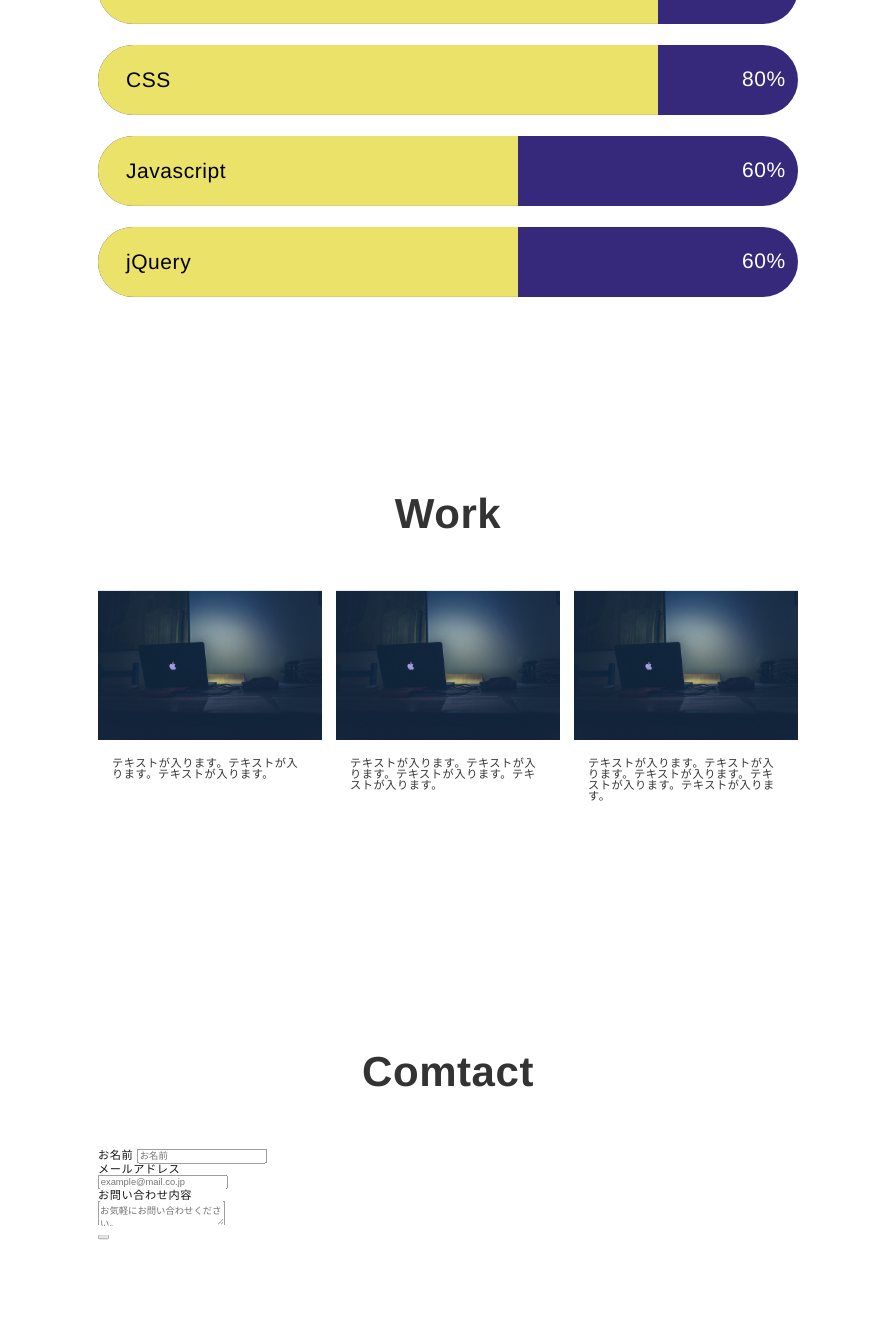
Repository: sadayuki15/portfolio
Page: index.html
An editor plug-in stored every save of this project. The page is shown before and after a run of saves, followed by the edit.
The browser window is 1280 px wide. The pictures show the part of the page from y = 1943 to 3863 px (the page is 3863 px tall), at 70% of full size.

Above is the page before, as saved 2021-04-22 21:33:27.

### index.html
<!DOCTYPE html>
<html lang="ja">
<head>
  <meta charset="UTF-8">
  <meta http-equiv="X-UA-Compatible" content="IE=edge">
  <meta name="viewport" content="width=device-width, initial-scale=1.0">
  <link rel="stylesheet" href="./css/reset.css">
  <link rel="stylesheet" href="./css/style.css">
  <title>Document</title>
</head>
<body>
  <!-- header -->
  <header class="header">
    <div class="header-inner">
      <h1 class="header-title">PortFolio</h1>
      <nav class="header-nav">
        <ul class="nav-list">
          <li class="nav-item"><a href="#">Home</a></li>
          <li class="nav-item"><a href="#">About</a></li>
          <li class="nav-item"><a href="#">Skil</a></li>
          <li class="nav-item"><a href="#">Work</a></li>
          <li class="nav-item"><a href="#">Contact</a></li>
        </ul>
      </nav>
    </div>
  </header>
  <!-- //header -->

  <main>
  <!-- fv -->
  <div class="fv">
    <div class="main-copy">
      <p class="main-title">
        SADAYUKI<br>
        NISIYAMA
      </p>
    </div>
  </div>
  <!-- //fv -->

  <!-- About -->
  <div class="section-wrapper">
    <h2 class="section-title">ABOUT</h2>
    <div class="section-inner about">
      <div class="about-img-wrapper">
        <img src="" alt="">
      </div>
      <div class="about-contents">
        <p class="about-text">
          はじめまして、西山禎侑と申します。
        </p>
        <p class="about-text">
          1986年生まれ。鳥取県八頭郡出身。
        </p>
        <p class="about-text">
          地元の大学卒業後、民間企業へ入社。11年間、個人から法人までの営業、事務、企画等（主に金融業務）を経験し退職。
        </p>
        <p class="about-text">
          2021年2月より完全未経験からプログラミングを学習し、フリーランスエンジニアを目指し新たな道へ挑戦。
        </p>
        <p class="about-text">
          目指すは「頼んで良かった」、「またお願いしたい」と言われる人材に。
        </p>
        <p class="about-text">
          コーディング、Webサイト制作のお仕事が可能です。<br>
          お仕事のご相談等、お気軽にお問い合わせ下さい。
        </p>
        <p class="about-text">
          何卒、よろしくお願い致します。
        </p>
      </div>
    </div>
  </div>
  <!-- //About -->

  <!-- skil -->
  <div class="section-wrapper">
    <h2 class="section-title">Skil</h2>
    <div class="section-inner">
      <div class="chart">
        <div id="board">
          <div class="row">
            <span class="label">HTML</span>
            <div class="bar-wrap">
              <div class="bar" data-value="80"></div>
            </div>
            <span class="number">80%</span>
          </div><!-- row -->
          <div class="row">
            <span class="label">CSS</span>
            <div class="bar-wrap">
              <div class="bar" data-value="80"></div>
            </div>
            <span class="number">80%</span>
          </div><!-- row -->
          <div class="row">
            <span class="label">Javascript</span>
            <div class="bar-wrap">
              <div class="bar" data-value="60"></div>
            </div>
            <span class="number">60%</span>
          </div><!-- row -->
          <div class="row">
            <span class="label">jQuery</span>
            <div class="bar-wrap">
              <div class="bar" data-value="60"></div>
            </div>
            <span class="number">60%</span>
          </div><!-- row -->
        </div><!-- board -->
      </div><!-- chart -->
    </div>
  </div>
  <!-- //skil -->

  <!-- works -->
  <div class="section-wrapper">
    <h2 class="section-title">Work</h2>
    <div class="section-inner">
      <ul class="work-list">
        <li class="work-item">
          <a href="">
            <div class="work-img">
              <img src="./img/top2.jpg" alt="">
            </div>
            <p class="work-text">テキストが入ります。テキストが入ります。テキストが入ります。</p>
          </a>
        </li>
        <li class="work-item">
          <a href="">
            <div class="work-img">
              <img src="./img/top2.jpg" alt="">
            </div>
            <p class="work-text">テキストが入ります。テキストが入ります。テキストが入ります。テキストが入ります。</p>
          </a>
        </li>
        <li class="work-item">
          <a href="">
            <div class="work-img">
              <img src="./img/top2.jpg" alt="">
            </div>
            <p class="work-text">テキストが入ります。テキストが入ります。テキストが入ります。テキストが入ります。テキストが入ります。</p>
          </a>
        </li>
      </ul>
    </div>
  </div>
  <!-- //works -->

  <!-- contact -->
  <div class="section-wrapper">
    <h2 class="section-title">Comtact</h2>
    <div class="section-inner">
      <form action="https://docs.google.com/forms/u/0/d/e/1FAIpQLSfCjsqzzj8C34UUE0Mi2WnerATBCsd4cWR83YcoPwhWItEpFQ/formResponse">
        <ul class="contact-list">
          <li class="contact-item">
            <label for="name">お名前</label>
            <input id="name" type="text" name="entry.32834570" placeholder="お名前">
          </li>
        </ul>
        <ul class="contact-list">
          <li class="contact-item">
            <label for="email">メールアドレス</label>
          </li>
          <li class="contact-item"></li>
            <input id="email" type="text" name="entry.303714741" placeholder="example@mail.co.jp">
          </li>
        </ul>
        <ul class="contact-list">
          <li class="contact-item">
            <label for="msg">お問い合わせ内容</label>
          </li>
          <li class="contact-item"></li>
            <textarea id="msg" name="entry.1496098719" placeholder="お気軽にお問い合わせください。"></textarea>
          </li>
        </ul>
        <button type="submit" name="button" value="送信"></button>
      </form>
    </div>
  </div>
  <!-- //contact -->







  </main>



  <script src="jquery-3.6.0.min.js"></script>
  <script src="index.js"></script>
</body>
</html>

### css/style.css
html {
  font-size: 62.5%;
}
body {
  font-size: 1.6rem;
  letter-spacing: .05em;
  color: #171717;
  font-family: Helvetica, '游ゴシック', 'Yu Gothic', YuGothic, HiraKakuProN-W3, 'メイリオ', Meiryo, sans-serif;
}
ul {
  text-decoration: none;
}
li {
  list-style: none;
}
a {
  text-decoration: none;
}
img {
  width: 100%;
  vertical-align: bottom;
}
/*-------共通-------*/
.section-wrapper {
  padding: 100px 0 100px;
  margin-bottom: 50px;
}
.section-title{
  max-width: 1000px;
  color: #333;
  font-size: 6rem;
  margin: 0 auto 80px;
  padding: 0 30px;
  text-align: center;
}
.section-inner {
  max-width: 1000px;
  margin: 0 auto;
  padding: 0 50px;
}


/*-------header-------*/
.header {
  width: 100%;
  padding: 19px 30px;
  position: absolute;
  top: 0;
  left: 0;
  z-index: 1;
  transition: .3s;
  color: #fff;
  box-sizing: border-box;
}
.header-inner {
  max-width: 1200px;
  margin: 0 auto;
  display: flex;
  justify-content: space-between;
  align-items: center;
  box-sizing: border-box;
}
.header-title {
  font-size: 2.6rem;
}
.nav-list {
  display: flex;
}
.nav-item a {
  display: block;
  color: #fff;
  font-weight: bold;
  text-decoration: none;
  transition: .3s;
}
.nav-item {
  margin-right: 30px;
}
.nav-item:last-of-type {
  margin-right: 0;
}
.nav-item a:hover {
  opacity: .7;
  transition: .3s;
  text-decoration: 3px underline;
}

/*-------fv-------*/
.fv {
  width: 100%;
  height: 100vh;
  min-height: 550px;
  background-image: url(../img/fv-top.jpg);
  background-size: cover;
  background-position: center;
  /* position: relative; */
}
.main-copy {
  position: absolute;
  bottom: 155px;
  left: 120px;
  color: #fff;
  font-weight: bold;
}
.main-title{
  font-size: 15rem;
  text-align: center;
}

.about{
  display: flex;
  justify-content: space-between;
  align-items: center;
}
.about-img-wrapper {
  max-width: 480px;
}
.about-text {
  max-width: 480px;
  margin-bottom: 30px;
  line-height: 1.8;
  font-weight: bold;
}

/*-------skil-------*/
.content {
  width: 100%;
  height: 200px;
  line-height: 200px;
  text-align: center;
}
.chart {
  max-width: 1000px;
  margin: 0 auto;
}
.chart .row {
  position: relative;
  height: 100px;
  margin-bottom: 25px;
}
.chart .row span {
  color: #000;
  font-size: 1.8rem;
}
.chart .row span.label {
  position: absolute;
  top: 35px;
  left: 3%;
  padding-left: 10px;
  text-align: left;
  line-height: 30px;
  z-index: 10;
}
.chart .row .bar-wrap {
  position: relative;
  background: #36297c;
  width: 100%;
  height: 100%;
  overflow: hidden;
  border-radius: 50px;
}
.chart .row .bar-wrap .bar {
  position: absolute;
  top: 0;
  left: 0;
  height: 100%;
  background: #ebe26a;
  transition: all 1s;
  transform: translateX(-100%);
}
.chart .row .bar-wrap .bar.no {
  transform: translateX(0%);
}
.chart .row span.number {
  position: absolute;
  top: 35px;
  right: 3%;
  width: 40px;
  padding-right: 10px;
  text-align: right;
  line-height: 28px;
  z-index: 10;
  color: #fff;
}

/*-------work-------*/
.work-list {
  max-width: 1000px;
  margin: 0 auto 80px;
  display: flex;
  justify-content: space-between;
}
.work-item {
  width: 32%;
}
.work-item a {
  color: #333;
}
.work-text {
  padding: 25px 20px;
}



/*-------media-------*/
@media screen and (min-width: 1000px) {
  .chart .row {
    margin-bottom: 30px;
  }
  .chart .row span {
    color: #000;
    font-size: 3rem;
  }
}

@media screen and (max-width: 1000px) {
  .chart .row {
    margin-bottom: 30px;
  }
  .chart .row span {
    color: #000;
    font-size: 3vw;
  }
}

### index.js
function generateChart(wrapper) {
  let values = [];

  $(wrapper + ' .bar').each(function(index, el) {
    values.push($(this).data('value'));
  });

  $(wrapper + ' .bar').each(function(index, el) {
    let bar = $(this);
    let value = bar.data('value');

    bar.width(value + '%');

    let board = $('#board');
    let boardO = board.offset().top;
    let boardH = board.height();
    let windowH = $(window).height();
    let windowS = $(window).scrollTop();

    if(windowS > boardO - windowH + (windowH / 2) && windowS < boardO + boardH - (boardH / 2)){
      bar.addClass('no');
    }
  });
}

$(window).on('scroll', function(event) {
  generateChart('#board');
});

Loaded but not shown: css/reset.css (common file); jquery-3.6.0.min.js (library)

After the next 2 saves:
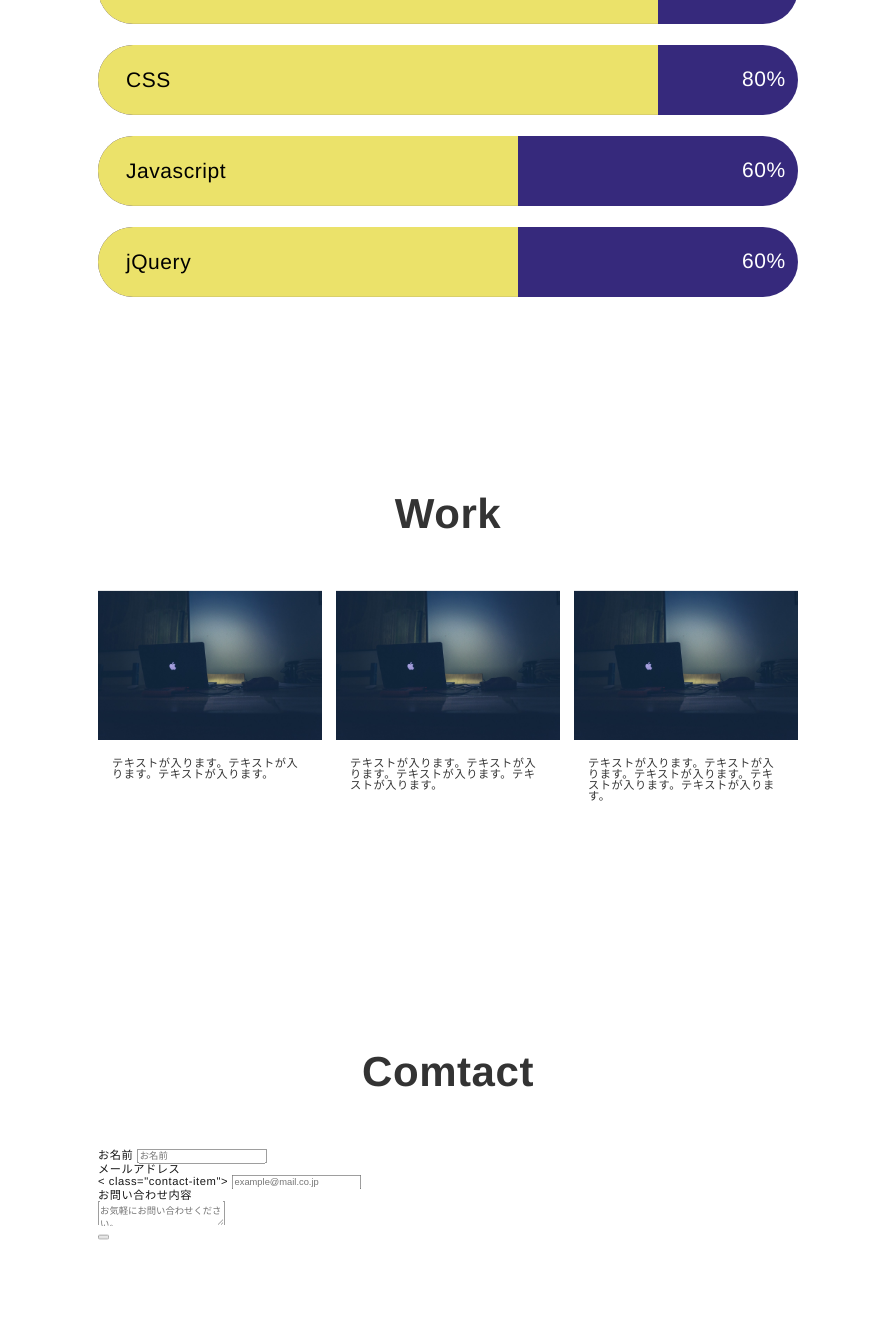
The 2 saves are shown as one change because they came seconds apart.
The last was saved 7 s later.
--- a/index.html
+++ b/index.html
@@ -162,7 +162,7 @@
           <li class="contact-item">
             <label for="email">メールアドレス</label>
           </li>
-          <li class="contact-item"></li>
+          < class="contact-item">
             <input id="email" type="text" name="entry.303714741" placeholder="example@mail.co.jp">
           </li>
         </ul>

After the save that followed:
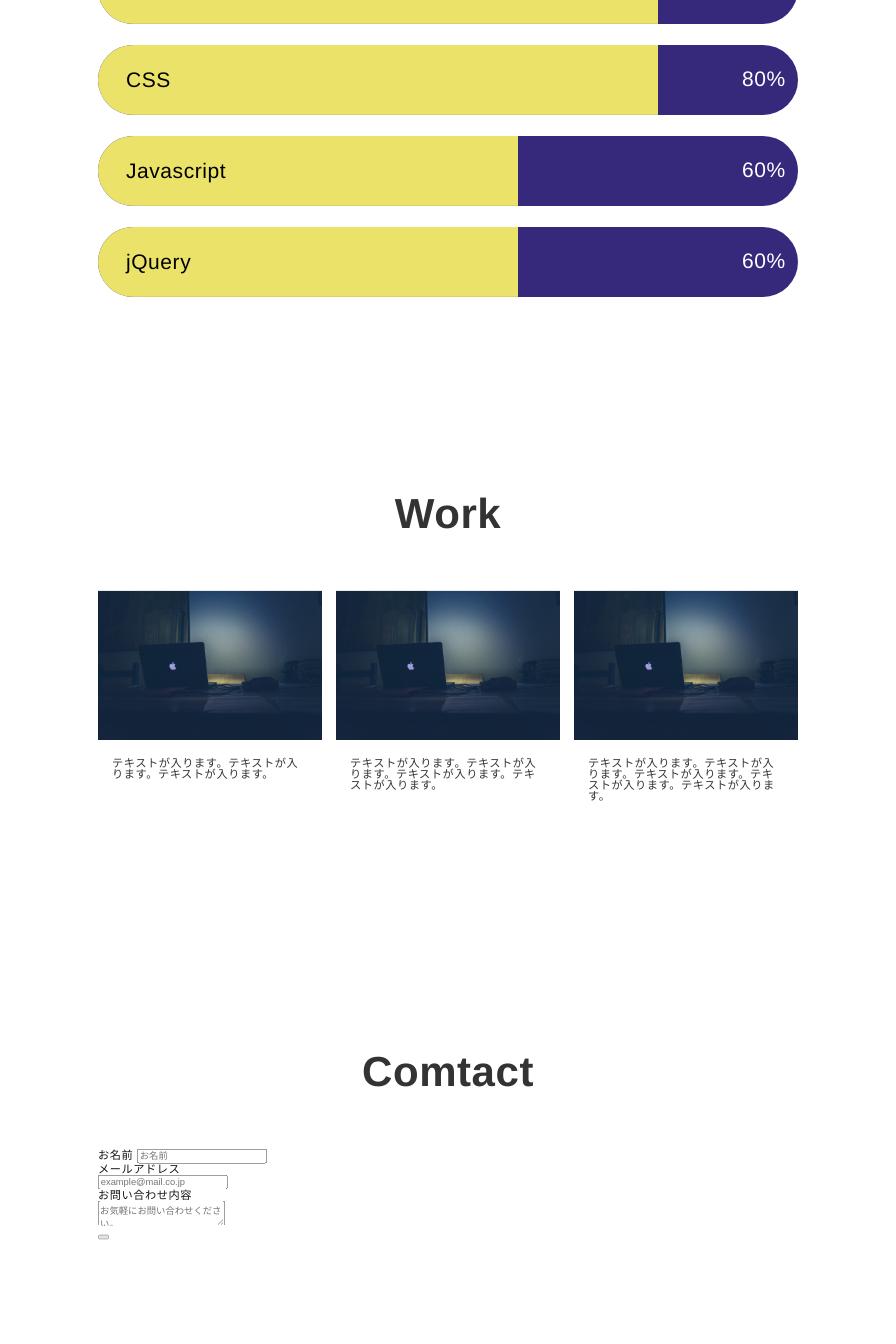
Saved 5 s later.
--- a/index.html
+++ b/index.html
@@ -162,7 +162,7 @@
           <li class="contact-item">
             <label for="email">メールアドレス</label>
           </li>
-          < class="contact-item">
+          <li class="contact-item">
             <input id="email" type="text" name="entry.303714741" placeholder="example@mail.co.jp">
           </li>
         </ul>
